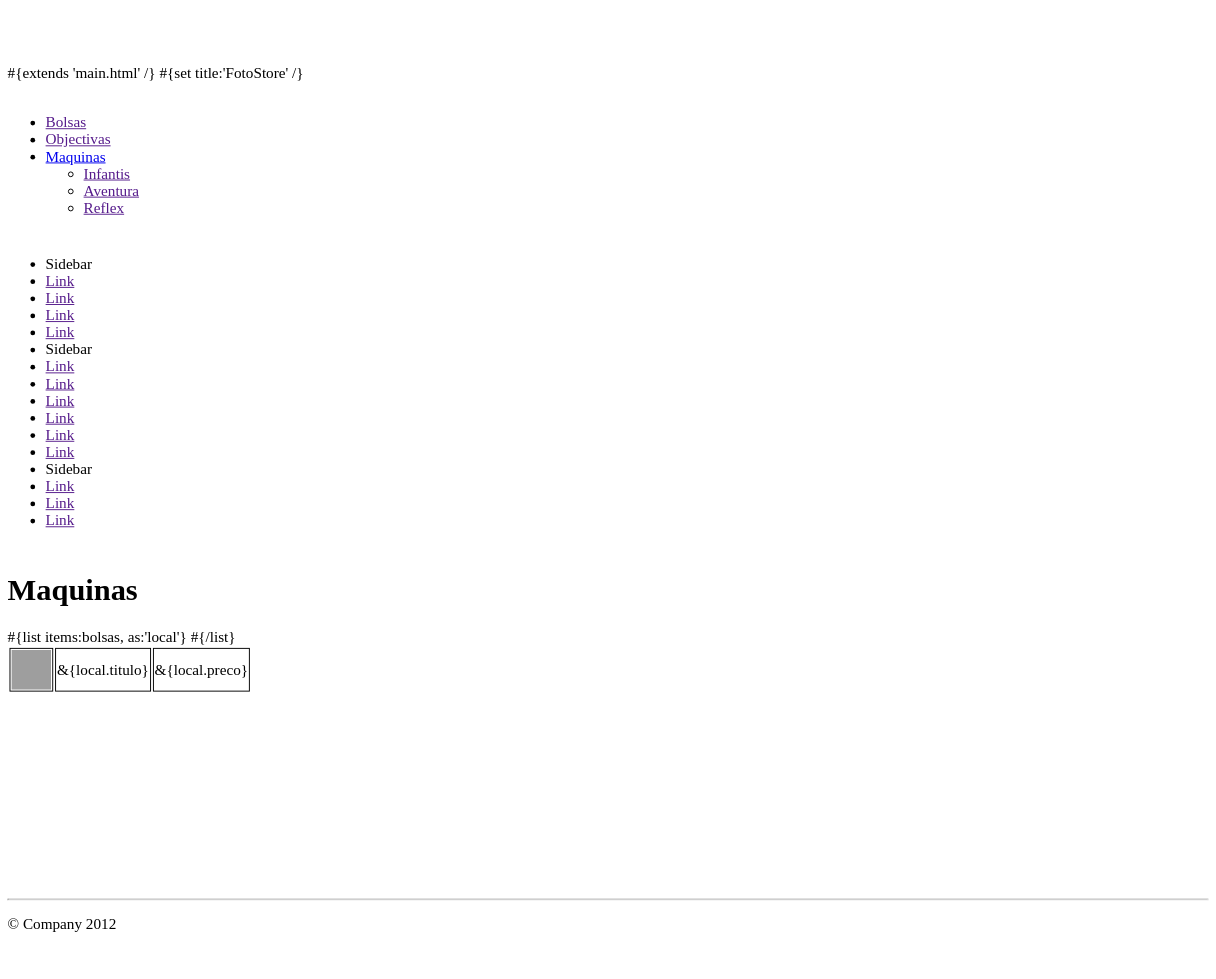
Repository: joaoA/webStore
Page: fotoStore/app/views/Application/exampleAventura.html
These files come from the project's save history. The page is drawn as it stood at one moment and after the next save; the edit follows.
The browser window is 1280 px wide. The pictures show the whole page, at 95% of full size.
Pictures or frames that could not be fetched are drawn as grey boxes.

Above is the page before, as saved 2012-12-17 15:20:54.

### fotoStore/app/views/Application/exampleAventura.html
#{extends 'main.html' /}
#{set title:'FotoStore' /}


    <style type="text/css">
      body {
        padding-top: 60px;
        padding-bottom: 40px;
      }
      .sidebar-nav {
        padding: 9px 0;
      }
    </style>

    <div class="navbar navbar-inverse navbar-fixed-top">
      <div class="navbar-inner">
        <div class="container-fluid">
          <a class="btn btn-navbar" data-toggle="collapse" data-target=".nav-collapse">
            <span class="icon-bar"></span>
            <span class="icon-bar"></span>
            <span class="icon-bar"></span>
          </a>
          <a class="brand" style="color:#FFFFFF;" href="///home/joao/Desktop/ws_example_page/first_page_example.html">Foto Store</a>
          <div class="nav-collapse collapse">
            <ul class="nav">
              <!--<li class="active"><a href="#">Home</a></li>-->
              <li><a href="">Bolsas</a></li>
              <li><a href="">Objectivas</a></li>
               <li class="dropdown">
                <a href="#" class="dropdown-toggle" data-toggle="dropdown">Maquinas<b class="caret"></b></a>
                <ul class="dropdown-menu">
                  <li><a href="">Infantis</a></li>
                  <li><a href="">Aventura</a></li>
                  <li><a href="">Reflex</a></li>

                </ul>
              </li>

            </ul>
          </div><!--/.nav-collapse -->
        </div>
      </div>
    </div>

    <div class="container-fluid">
      <div class="row-fluid">
        <div class="span3">
          <div class="well sidebar-nav">
            <ul class="nav nav-list">
              <li class="nav-header">Sidebar</li>
              <li class="active"><a href="">Link</a></li>
              <li><a href="">Link</a></li>
              <li><a href="">Link</a></li>
              <li><a href="">Link</a></li>
              <li class="nav-header">Sidebar</li>
              <li><a href="">Link</a></li>
              <li><a href="">Link</a></li>
              <li><a href="">Link</a></li>
              <li><a href="">Link</a></li>
              <li><a href="">Link</a></li>
              <li><a href="">Link</a></li>
              <li class="nav-header">Sidebar</li>
              <li><a href="">Link</a></li>
              <li><a href="">Link</a></li>
              <li><a href="">Link</a></li>
            </ul>
          </div><!--/.well -->
        </div><!--/span-->
        <div class="span9">
          <div class="hero-unit" style = "height:335px">
              <div class="span6">
				<h1>Maquinas</h1>
				<table >
					<tbody>
						#{list items:bolsas, as:'local'}
						    <tr>
						    	<td style="border:1px solid black;"><img src="http://77.91.202.130/images/4012293185-Bolsa+CASE+LOGIC+para+maquina+fotografica+compacta.jpg" alt="Smiley face" height="42" width="42"></td	>
						      <td style="border:1px solid black;">&{local.titulo}</td>
						      <td style="border:1px solid black;">&{local.preco}</td>
						    </tr>
						#{/list}
					</tbody>
				</table>
          </div>

        </div><!--/span-->
      </div><!--/row-->

      <hr>

      <footer>
        <p>© Company 2012</p>
      </footer>

    </div><!--/.fluid-container-->

After the next save:
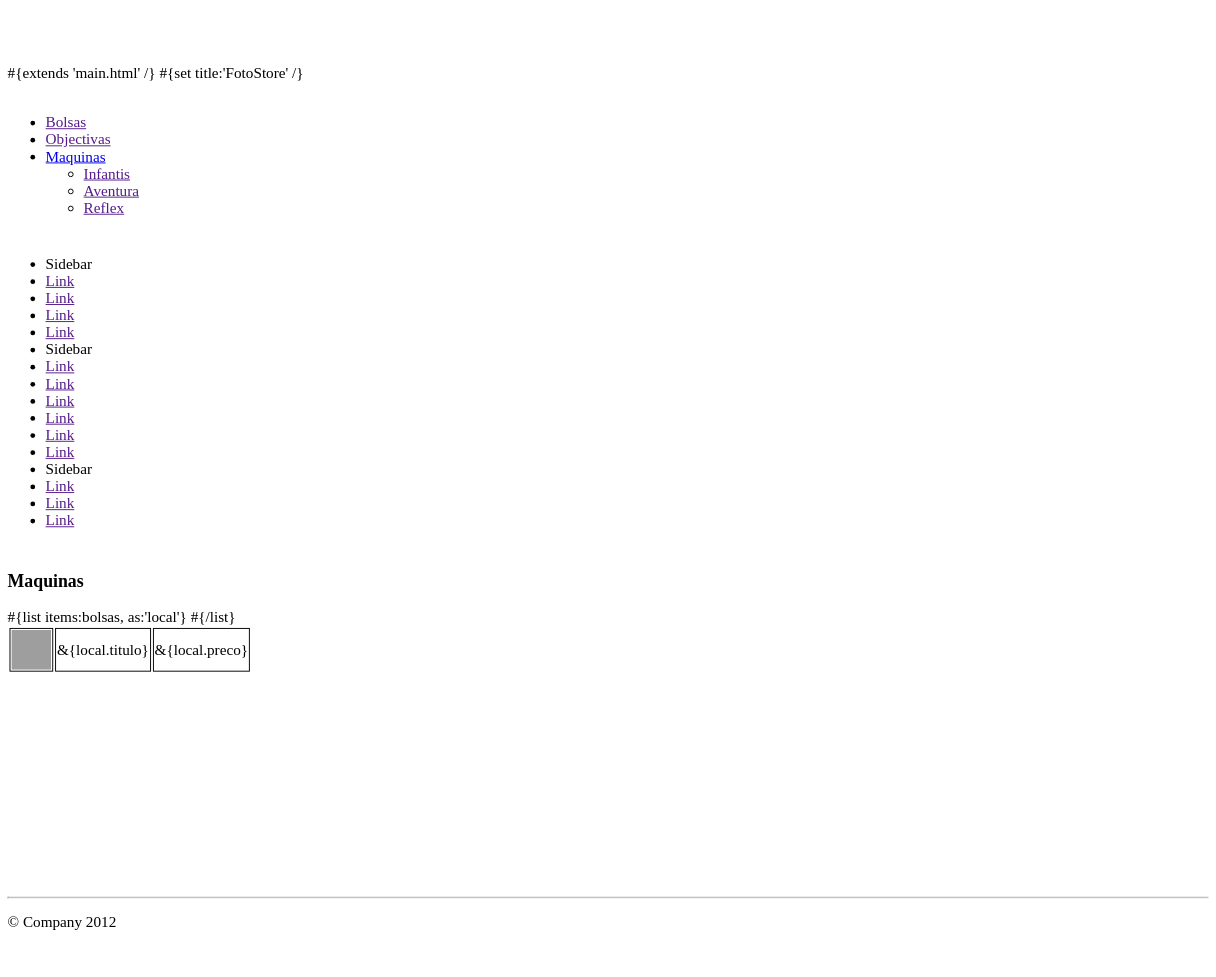
Saved 74 s later.
--- a/fotoStore/app/views/Application/exampleAventura.html
+++ b/fotoStore/app/views/Application/exampleAventura.html
@@ -69,7 +69,7 @@
         <div class="span9">
           <div class="hero-unit" style = "height:335px">
               <div class="span6">
-				<h1>Maquinas</h1>
+				<h3>Maquinas</h3>
 				<table >
 					<tbody>
 						#{list items:bolsas, as:'local'}
